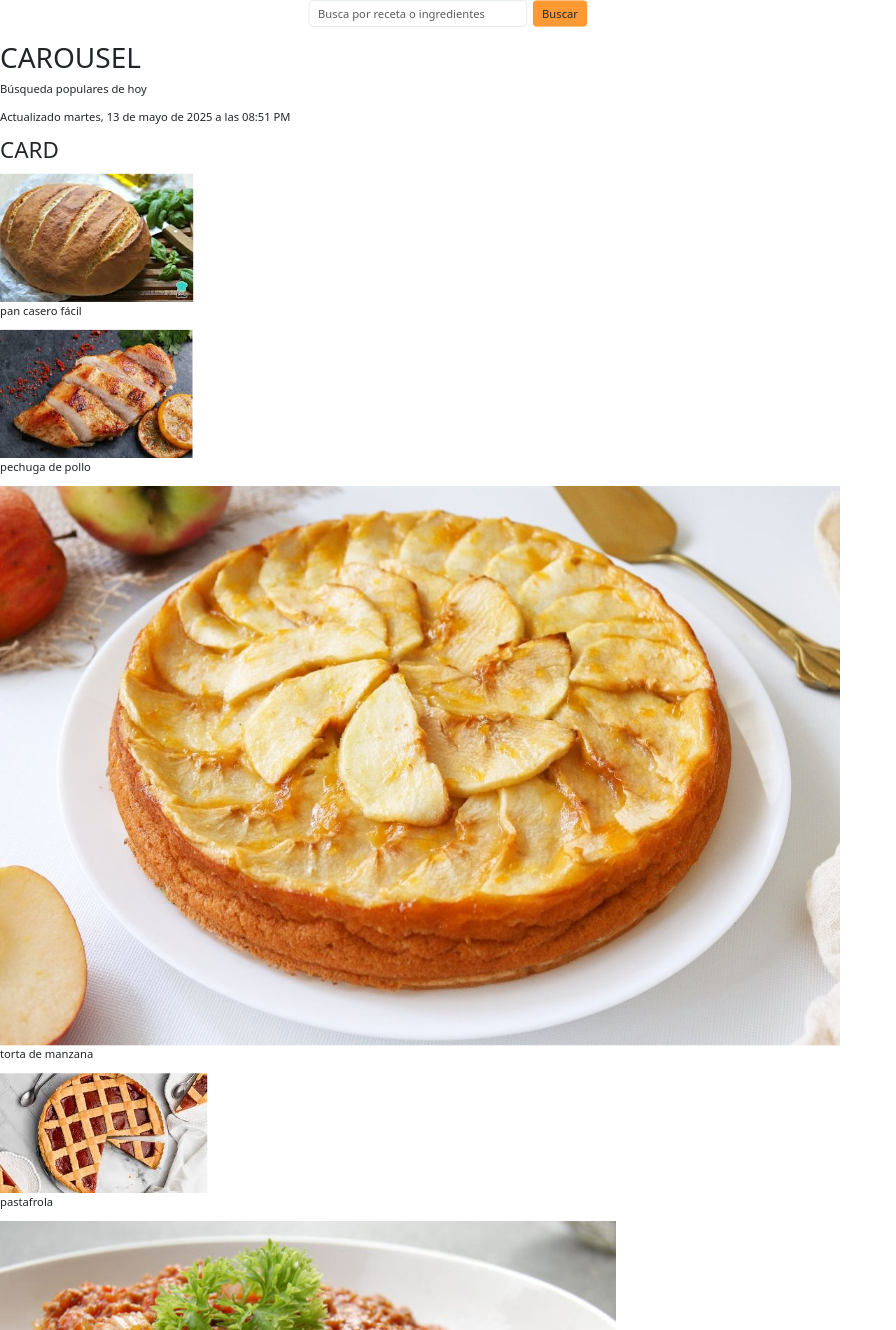
Repository: lucasp3113/coockpad
Page: index.html
The author's editor kept a copy of each file at every save. The page is drawn from the files as they stood at one save, then again after the next save.
The browser window is 1280 px wide. The pictures show the part of the page from y = 336 to 2236 px (the page is 3670 px tall), at 70% of full size.
A picture or video elsewhere on the page could not be fetched, so the positions and the page height are approximate.

Above is the page before, as saved 2025-05-15 12:05:28.

### index.html
<!DOCTYPE html>
<html lang="es">
<head>
    <meta charset="UTF-8" />
    <meta name="viewport" content="width=device-width, initial-scale=1.0" />
    <title>cookpad</title>
    <link href="https://cdn.jsdelivr.net/npm/bootstrap@5.3.6/dist/css/bootstrap.min.css" rel="stylesheet" integrity="sha384-4Q6Gf2aSP4eDXB8Miphtr37CMZZQ5oXLH2yaXMJ2w8e2ZtHTl7GptT4jmndRuHDT" crossorigin="anonymous">
    <script src="https://cdn.jsdelivr.net/npm/bootstrap@5.3.6/dist/js/bootstrap.bundle.min.js" integrity="sha384-j1CDi7MgGQ12Z7Qab0qlWQ/Qqz24Gc6BM0thvEMVjHnfYGF0rmFCozFSxQBxwHKO" crossorigin="anonymous"></script>
    <link rel="stylesheet" href="style.css"/>
</head>
<body>
    <header class="d-flex flex-row d-flex justify-content-center d-flex align-items-center m-3">
        <img src="logo_coockpad.png" alt="" />
        <h1>cookpad</h1>
    </header>
    <nav class="d-flex flex-row d-flex justify-content-center d-flex align-items-center m-3">
        <input type="text" class="form-control m-1 w-25" placeholder="Busca por receta o ingredientes"/>
        <button type="submit" class="btn btn-orange m-1">Buscar</button>
    </nav>
    <main>
        <section>
            <h1>CAROUSEL</h1>
        </section>
        <article>
            <p>Búsqueda populares de hoy</p>
            <p>Actualizado martes, 13 de mayo de 2025 a las 08:51  PM</p>
        </article>
        <section>
            <section>
                <figure>
                    <h2>CARD</h2>
                </figure>
                <figure>
                    <img src="pan.png" alt="" />
                    <p>pan casero fácil</p>
                </figure>
                <figure>
                    <img src="pechuga.png" alt="" />
                    <p>pechuga de pollo</p>
                </figure>
                <figure>
                    <img src="tarta-de-manzana.png" alt="" />
                    <p>torta de manzana</p>
                </figure>
            </div>
            </section>
            <section>
                <figure>
                    <img src="pastaflora.png" alt="" />
                    <p>pastafrola</p>
                </figure>
                <figure>
                    <img src="fideos.jpg" alt="" />
                    <p>fideos caseros</p>
                </figure>
                <figure>
                    <img src="panqueques.jpeg" alt="" />
                    <p>panqueques para canelones</p>
                </figure>
                <figure>
                    <img src="locro.png" alt="" />
                    <p>locro argentino</p>
                </figure>
            </section>
        </section>
    </main>
</body>
</html>

### style.css
.btn-orange{
    background-color: rgb(255, 153, 51);

}

After the next save:
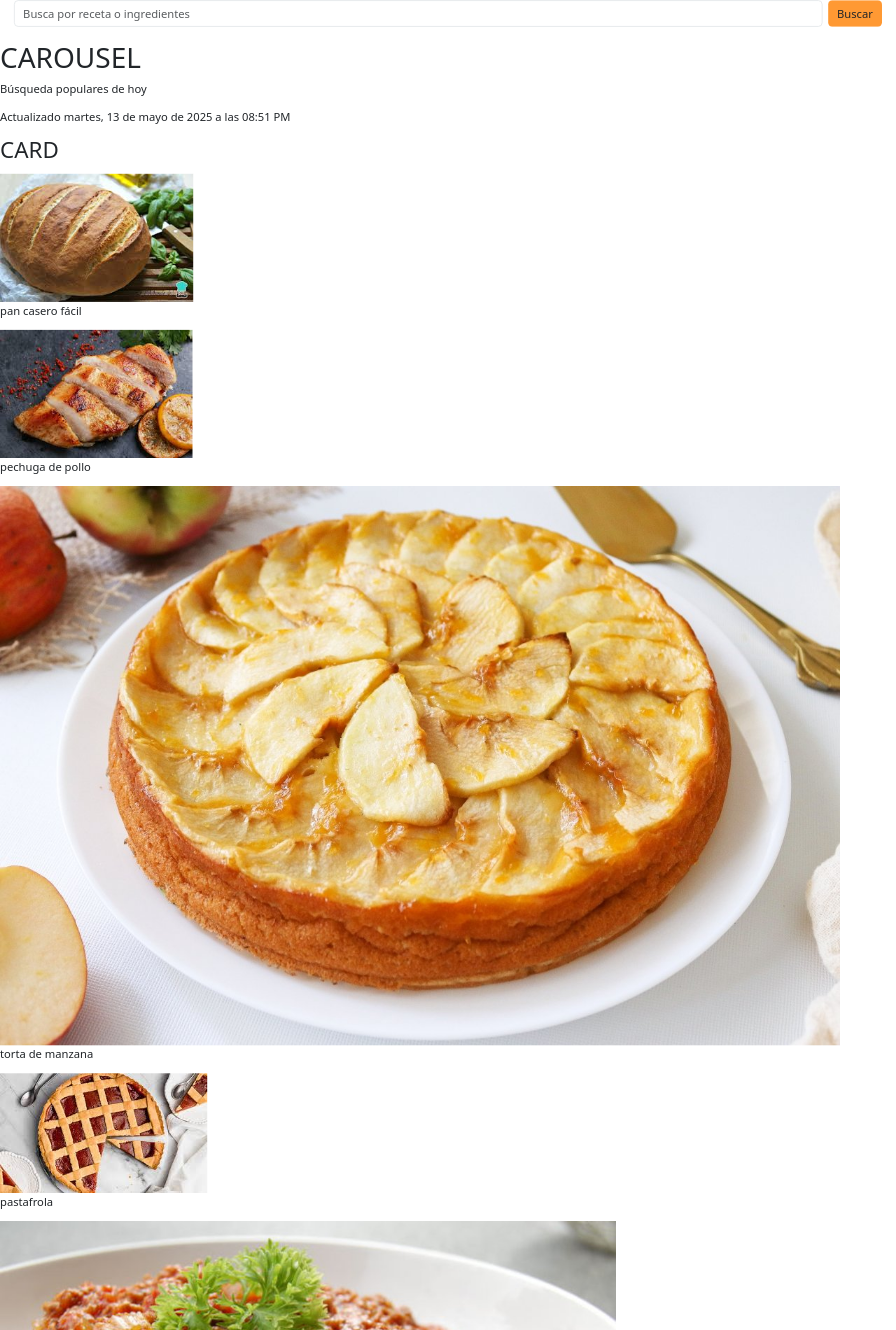
Saved 10 s later.
--- a/index.html
+++ b/index.html
@@ -14,7 +14,7 @@
         <h1>cookpad</h1>
     </header>
     <nav class="d-flex flex-row d-flex justify-content-center d-flex align-items-center m-3">
-        <input type="text" class="form-control m-1 w-25" placeholder="Busca por receta o ingredientes"/>
+        <input type="text" class="form-control m-1 w-30" placeholder="Busca por receta o ingredientes"/>
         <button type="submit" class="btn btn-orange m-1">Buscar</button>
     </nav>
     <main>

After the save that followed:
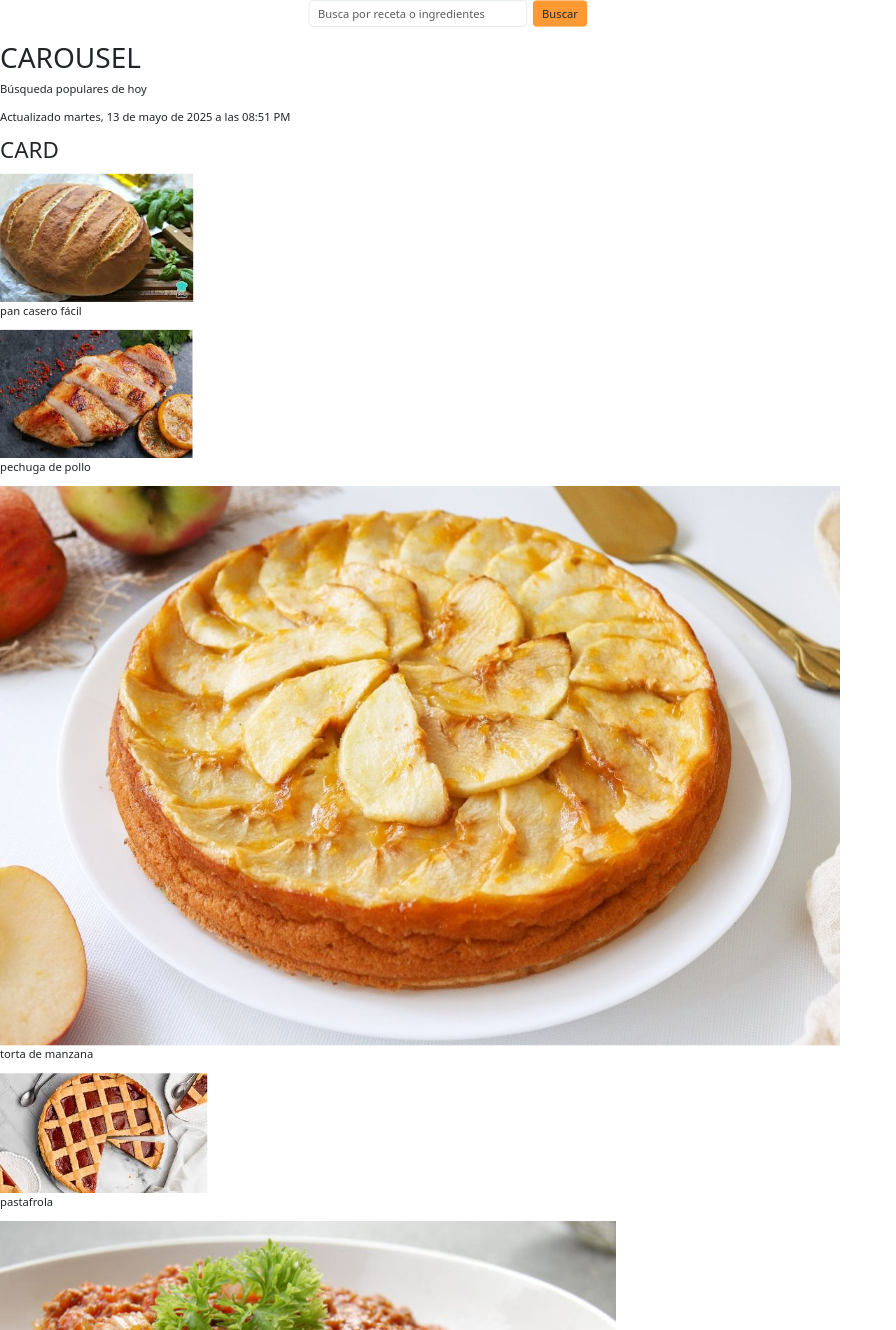
Saved 6 s later.
--- a/index.html
+++ b/index.html
@@ -14,7 +14,7 @@
         <h1>cookpad</h1>
     </header>
     <nav class="d-flex flex-row d-flex justify-content-center d-flex align-items-center m-3">
-        <input type="text" class="form-control m-1 w-30" placeholder="Busca por receta o ingredientes"/>
+        <input type="text" class="form-control m-1 w-25" placeholder="Busca por receta o ingredientes"/>
         <button type="submit" class="btn btn-orange m-1">Buscar</button>
     </nav>
     <main>
